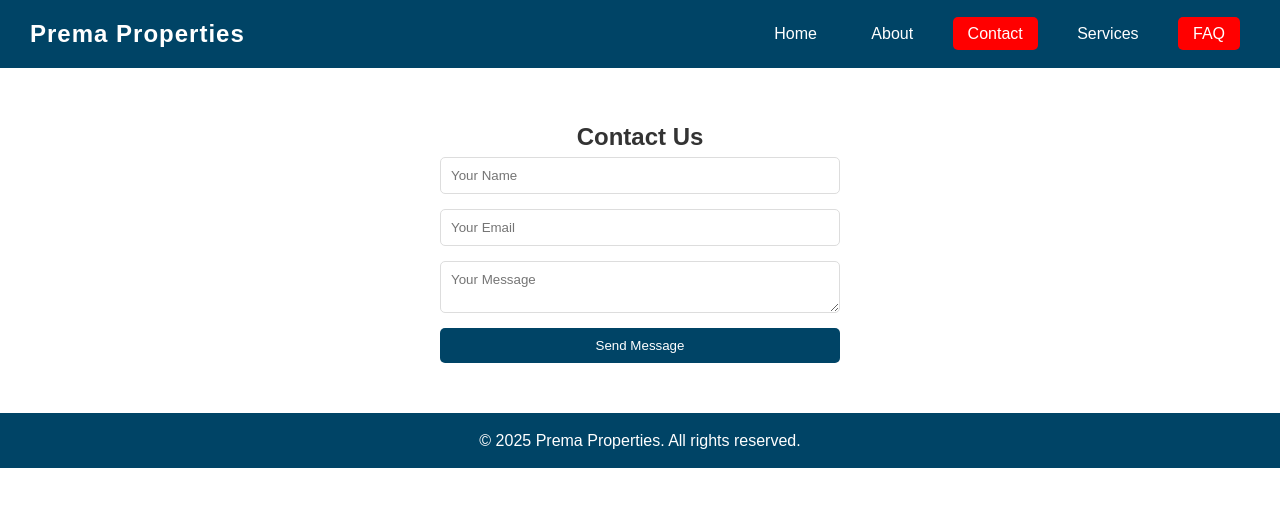
Repository: mnqobiMenzi/Prema-Properties
Page: contact-us.html
The author's editor kept a copy of each file at every save. The page is drawn from the files as they stood at one save, then again after the next save.
The browser window is 1280 px wide. The pictures show the whole page.

Above is the page before, as saved 2025-10-04 08:51:40.

After the next save:
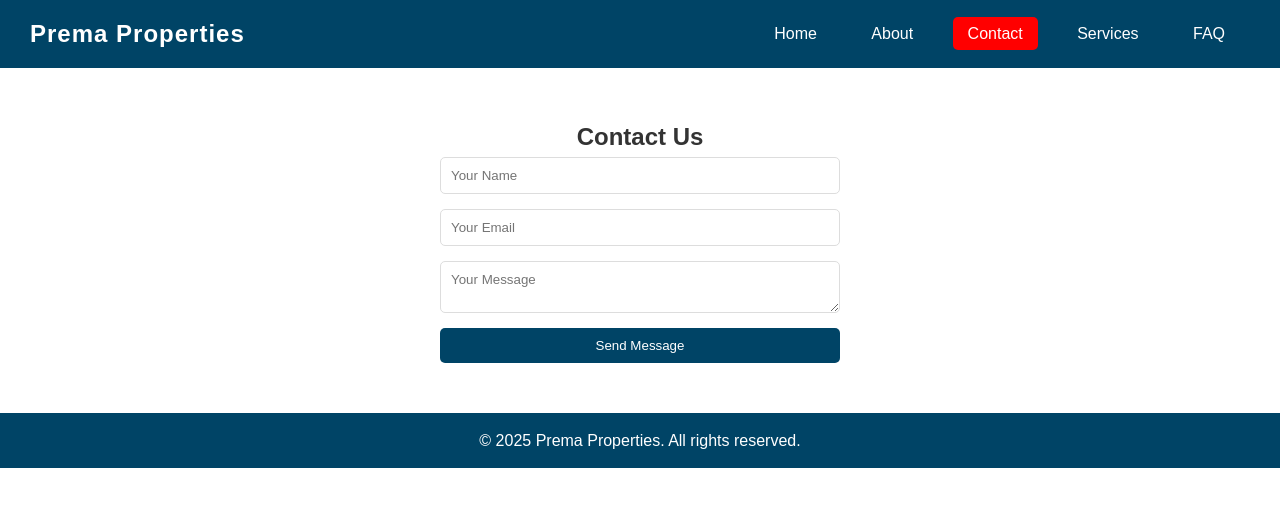
Saved 5 s later.
--- a/contact-us.html
+++ b/contact-us.html
@@ -16,7 +16,7 @@
       <a href="about-us.html">About</a>
       <a href="#contact" class="active">Contact</a>
       <a href="services.html">Services</a>
-      <a href="FAQ.html" class="active">FAQ</a>
+      <a href="FAQ.html">FAQ</a>
     </nav>
   </header>
 
